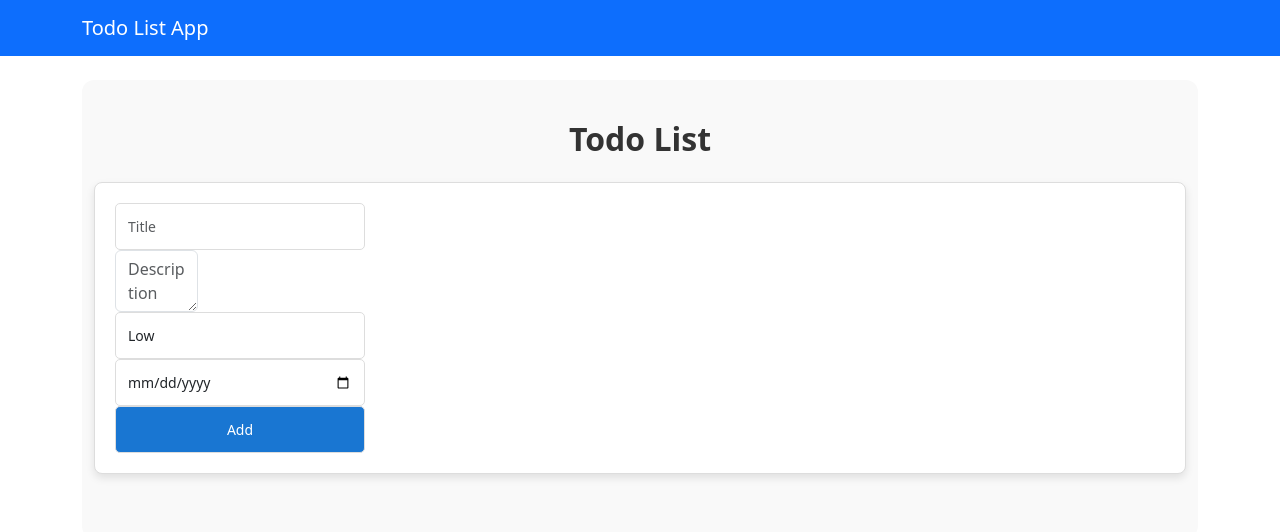
Repository: HPNChanel/Todo-List-Web-App
Page: / (app in frontend/todolist/)
An editor plug-in stored every save of this project. The page is shown before and after the next save, followed by the edit.
The browser window is 1280 px wide. The pictures show the whole page.
The page's requests for data from a server got no answer. The project was rebuilt for these pictures with package versions that can differ from the ones it lists, and the page was loaded fresh each time. No one was signed in, and anything a server would have sent is missing. Also part of the build but not shown: frontend/todolist/src/styles/TaskItem.css, frontend/todolist/src/components/TaskItem.js, frontend/todolist/src/styles/WelcomePage.css, frontend/todolist/src/pages/WelcomePage.js, frontend/todolist/src/styles/NotFound.css, frontend/todolist/src/pages/NotFound.js. Imported but missing from the stored project, and not drawn on this page: frontend/todolist/src/components/ContactUs.

Above is the page before, as saved 2024-11-05 14:27:47.

After the next save:
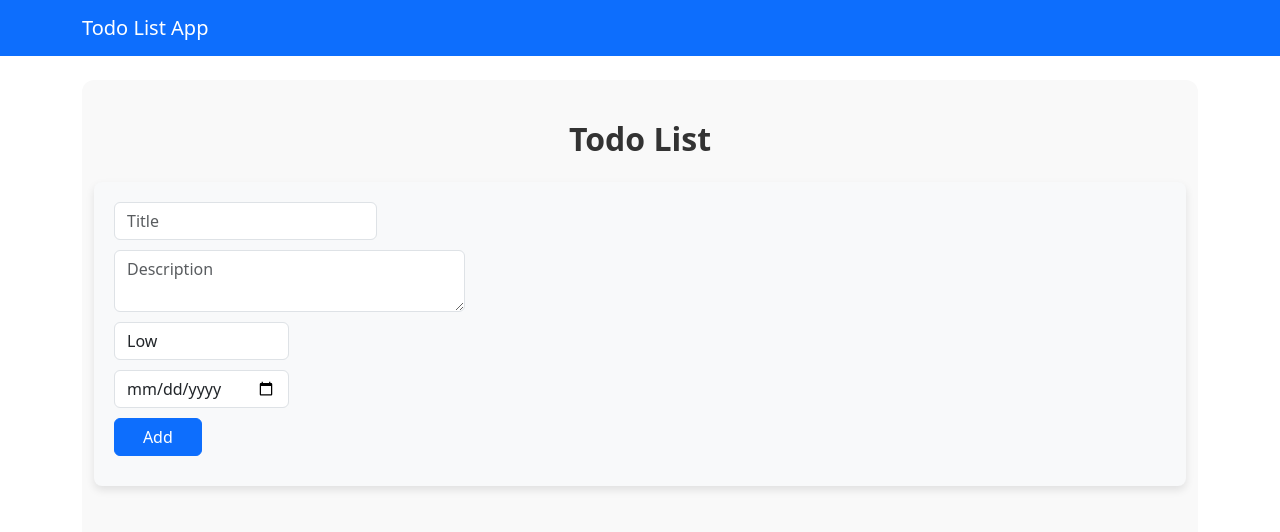
Saved 115 s later.
--- a/frontend/todolist/src/styles/TaskForm.css
+++ b/frontend/todolist/src/styles/TaskForm.css
@@ -1,35 +1,19 @@
 .task-form {
-  display: flex;
-  flex-wrap: wrap;
-  gap: 15px;
+  background-color: #f8f9fa;
+  border-radius: 8px;
+  box-shadow: 0 4px 8px rgba(0, 0, 0, 0.1);
+  padding: 20px;
   margin-bottom: 30px;
-  padding: 20px;
-  border: 1px solid #ddd;
-  border-radius: 8px;
-  background-color: #ffffff;
-  box-shadow: 0 4px 8px rgba(0, 0, 0, 0.1);
-  width: 100%; /* Sử dụng toàn bộ chiều rộng có sẵn */
-  box-sizing: border-box;
-  justify-content: space-between;
 }
 
-.task-form input,
-.task-form select,
+.task-form .form-control,
+.task-form .form-select,
 .task-form button {
-  padding: 12px;
-  border-radius: 5px;
-  border: 1px solid #ddd;
-  font-size: 14px;
-  flex: 1;
-  min-width: 250px; /* Tối thiểu 250px để có không gian nhập đủ */
+  margin-bottom: 10px;
 }
 
 .task-form button {
-  background-color: #1976d2;
-  color: white;
-  cursor: pointer;
-  transition: background-color 0.3s ease;
-  flex: 0 0 auto;
+  width: 100%;
 }
 
 .task-form button:hover {
